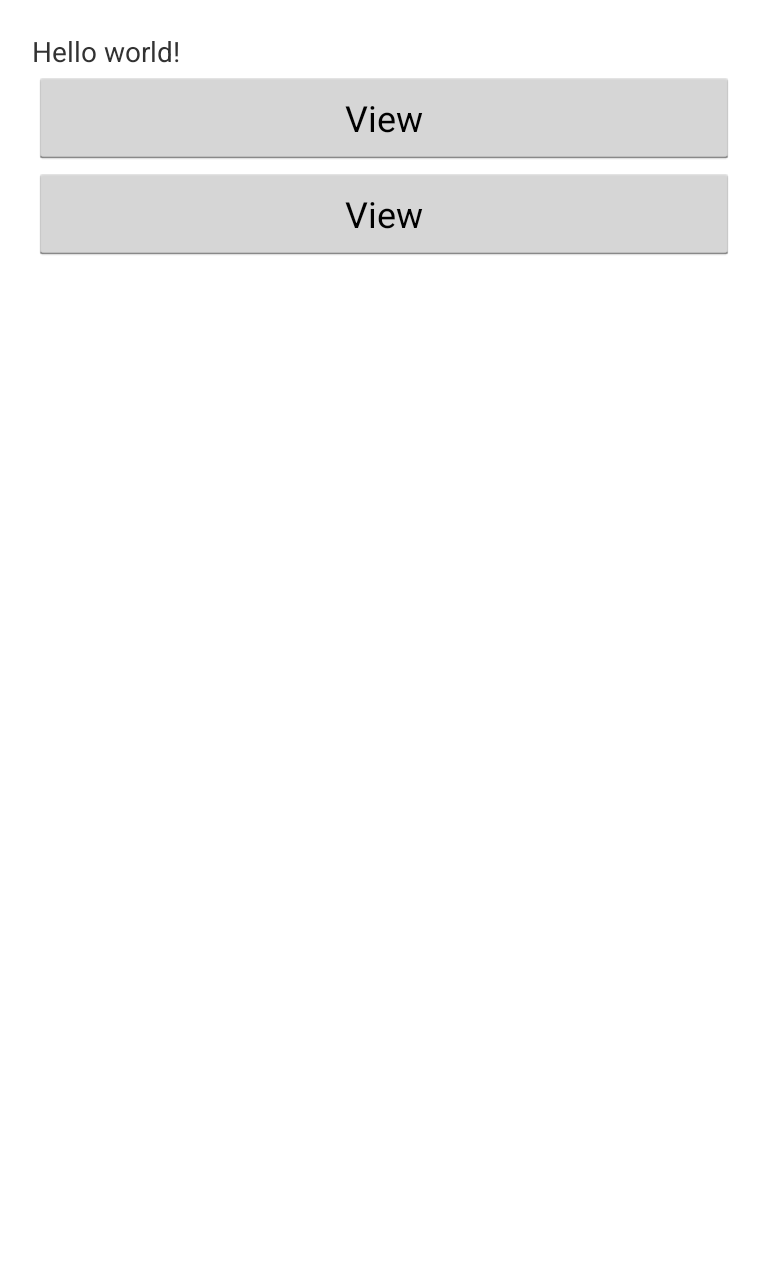
Repository: qwer2714856/Android_learn
Layout: viewEvent/res/layout/activity_main.xml
These files come from the project's save history. The layout is drawn as it stood at one moment and after the next save; the edit follows.
It is drawn on a 768 x 1280 px phone screen (xhdpi) without system bars, with theme AppTheme; the app's code is not run.

Above is the layout before, as saved 2015-09-25 02:17:04.

After the next save:
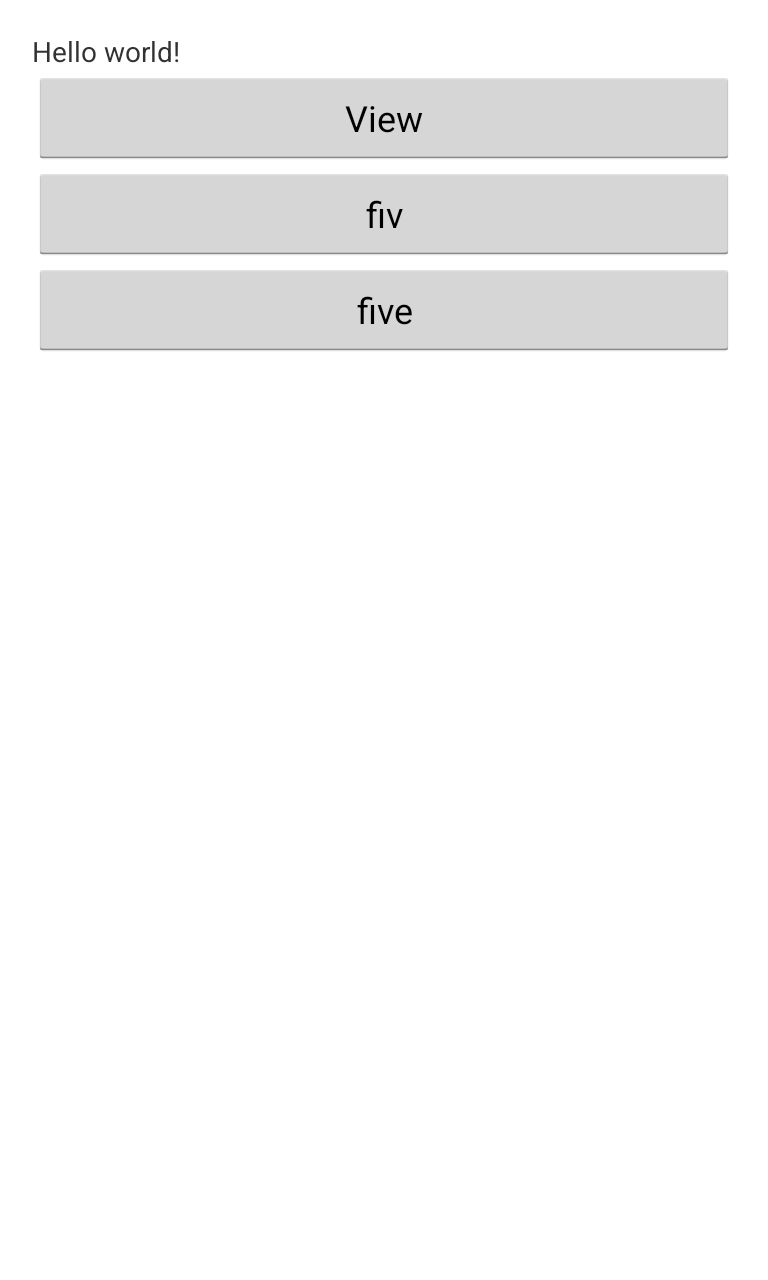
Saved 27 s later.
--- a/viewEvent/res/layout/activity_main.xml
+++ b/viewEvent/res/layout/activity_main.xml
@@ -28,7 +28,13 @@
     <Button
         android:layout_width="match_parent"
         android:layout_height="wrap_content"
-        android:text="View"
+        android:text="fiv"
+        android:onClick="five"
+        />
+    <Button
+        android:layout_width="match_parent"
+        android:layout_height="wrap_content"
+        android:text="five"
         android:onClick="five"
         />
 </LinearLayout>
